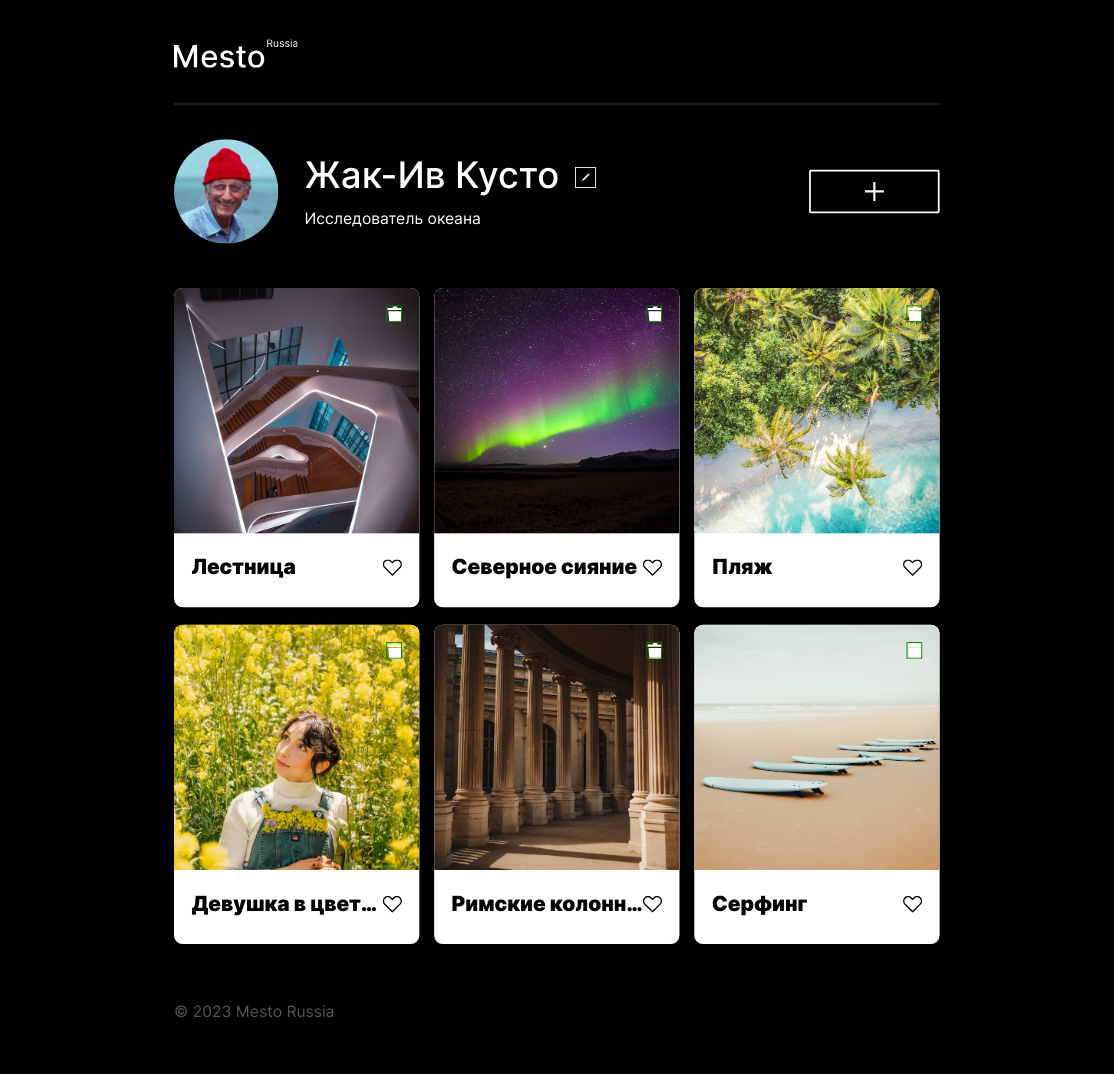
Repository: Dmitry-Rusinov/mesto
Page: index.html
An editor plug-in stored every save of this project. The page is shown before and after the next save, followed by the edit.
The browser window is 1280 px wide. The pictures show the whole page, at 87% of full size.

Above is the page before, as saved 2023-05-12 13:55:43.
Console error (its wording comes from the project's code and is left out).

After the next save:
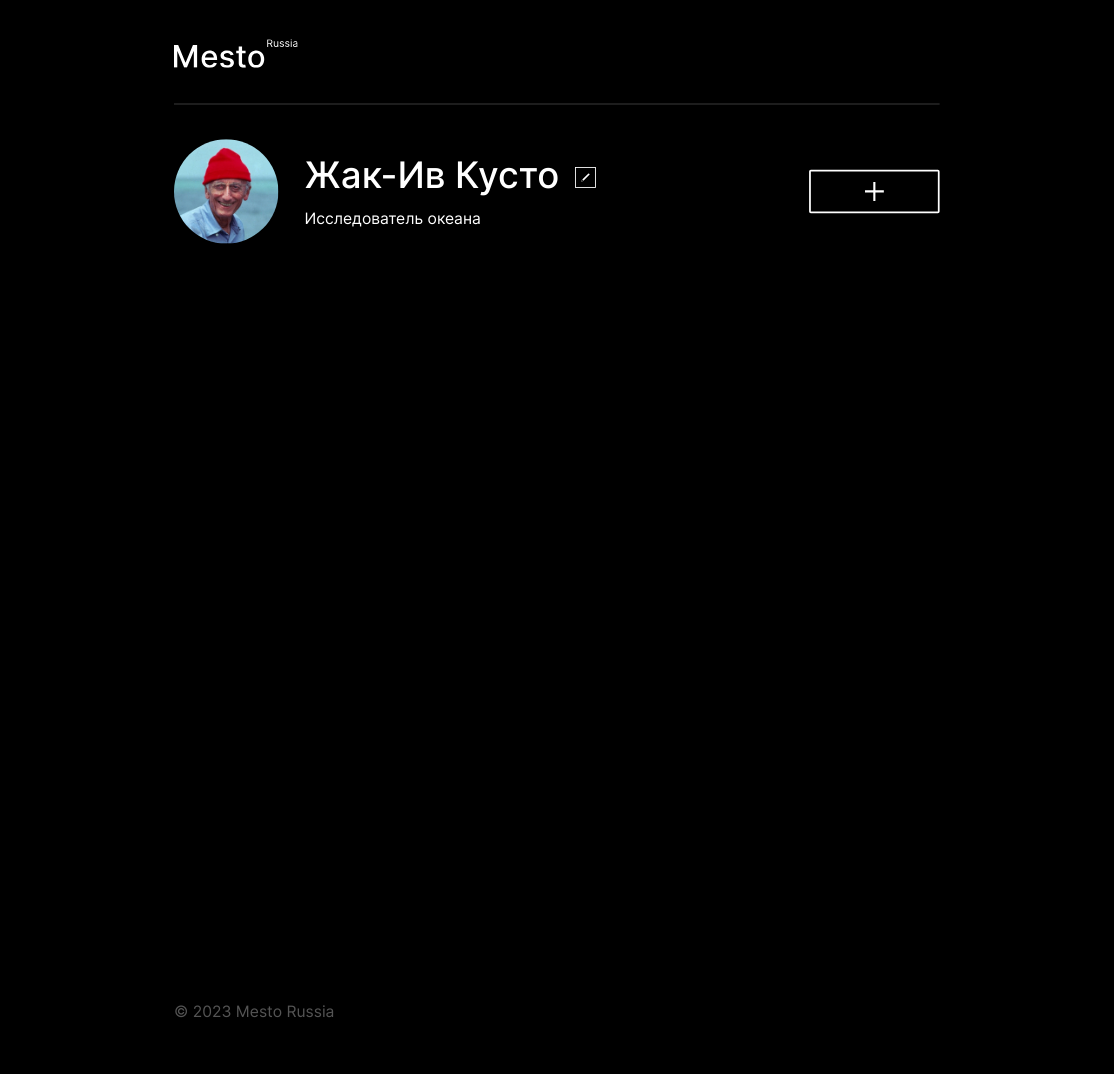
The error is gone.
Saved 21 s later.
--- a/scripts/index.js
+++ b/scripts/index.js
@@ -76,7 +76,7 @@ function createCard({name, link}) {
   const changedElements = document.querySelector('.elements__card').cloneNode(true);
   changedElements.querySelector('.elements__title').textContent = name;
   changedElements.querySelector('.elements__picture').src = link;
-  elementsCard.replaceChild(changedElements);
+  elementsCard.replaceChildren(changedElements);
 }
 
 function create() {
